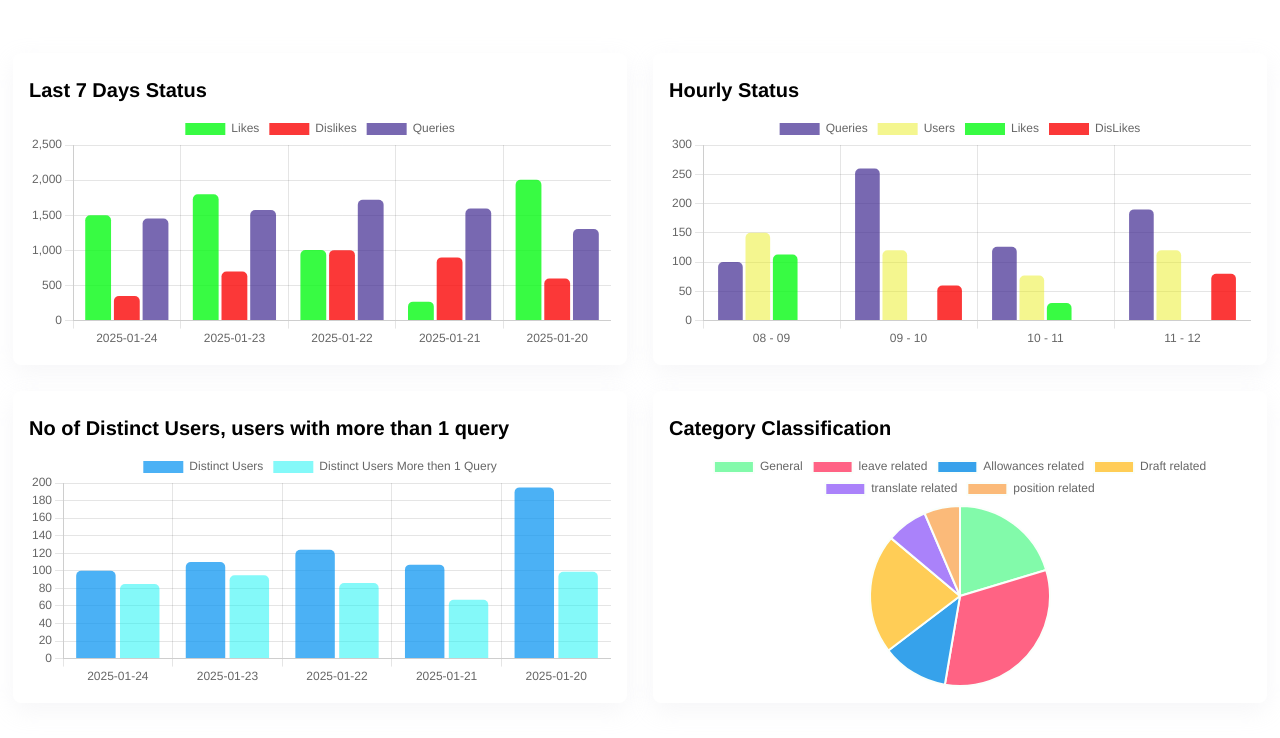
Repository: NAGARAJ-DEVELOPER/Dashboard
Page: /
An editor plug-in stored every save of this project. The page is shown before and after the next save, followed by the edit.
The browser window is 1280 px wide. The pictures show the whole page.
The project was rebuilt for these pictures with package versions that can differ from the ones it lists, and the page was loaded fresh each time. Also part of the build but not shown: vite.config.js.

Above is the page before, as saved 2025-02-14 00:06:38.

After the next save:
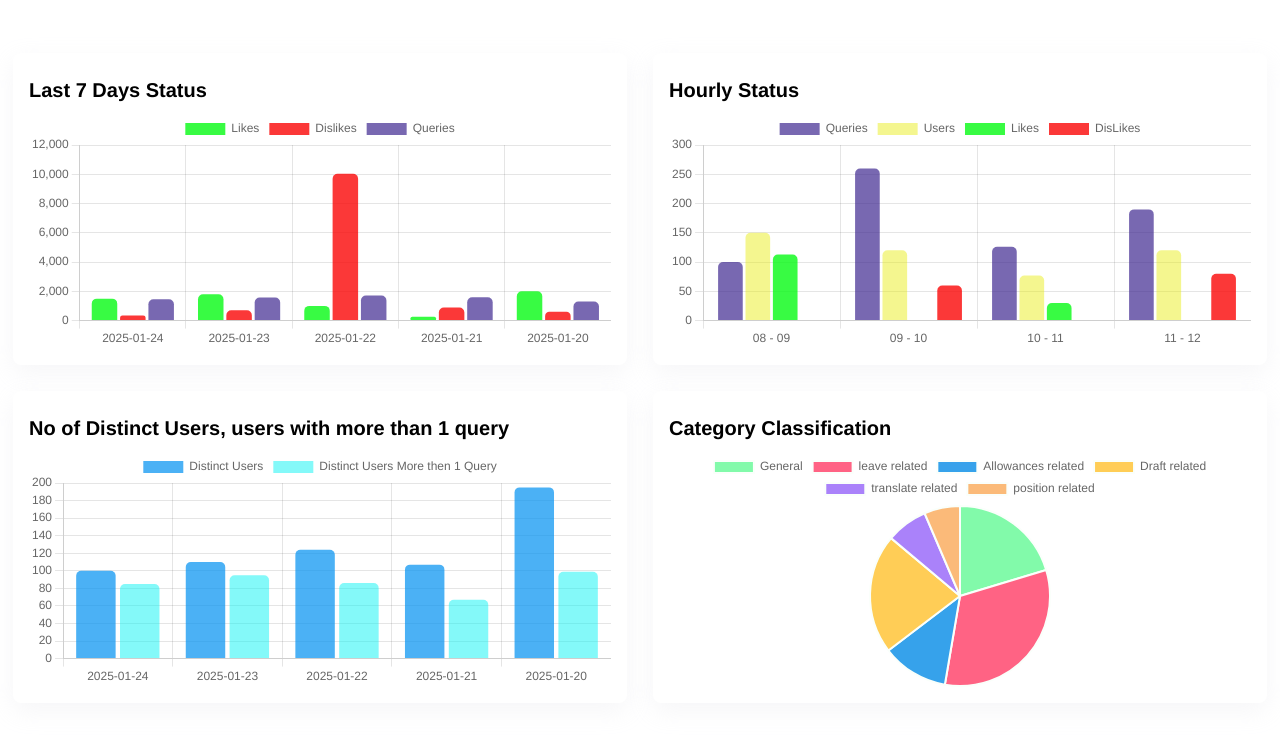
Saved 49 s later.
--- a/public/data/7days.json
+++ b/public/data/7days.json
@@ -1,7 +1,7 @@
 [
     {  "DATE1": "2025-01-24", "number_of_dislikes": 350, "number_of_likes": 1500,  "number_of_ques": 1452 },
     {  "DATE1": "2025-01-23", "number_of_dislikes": 700, "number_of_likes": 1800,  "number_of_ques": 1574 },
-    {  "DATE1": "2025-01-22", "number_of_dislikes": 1003, "number_of_likes": 1005,  "number_of_ques": 1720 },
+    {  "DATE1": "2025-01-22", "number_of_dislikes": 10030, "number_of_likes": 1005,  "number_of_ques": 1720 },
     {  "DATE1": "2025-01-21", "number_of_dislikes": 900, "number_of_likes": 270,  "number_of_ques": 1596 },
     {  "DATE1": "2025-01-20", "number_of_dislikes": 600, "number_of_likes": 2005,  "number_of_ques": 1304 }
   ]

After the save that followed:
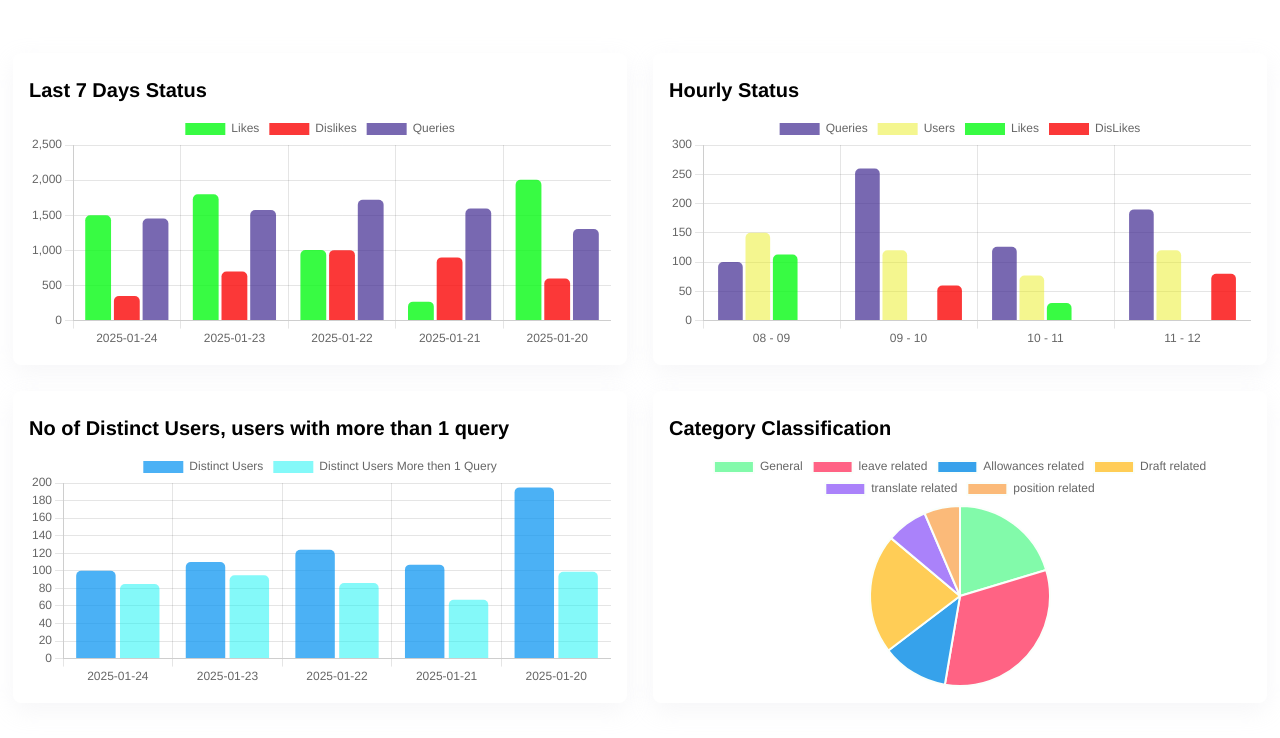
Saved 8 min 11 s later.
--- a/public/data/7days.json
+++ b/public/data/7days.json
@@ -1,7 +1,7 @@
 [
     {  "DATE1": "2025-01-24", "number_of_dislikes": 350, "number_of_likes": 1500,  "number_of_ques": 1452 },
     {  "DATE1": "2025-01-23", "number_of_dislikes": 700, "number_of_likes": 1800,  "number_of_ques": 1574 },
-    {  "DATE1": "2025-01-22", "number_of_dislikes": 10030, "number_of_likes": 1005,  "number_of_ques": 1720 },
+    {  "DATE1": "2025-01-22", "number_of_dislikes": 1003, "number_of_likes": 1005,  "number_of_ques": 1720 },
     {  "DATE1": "2025-01-21", "number_of_dislikes": 900, "number_of_likes": 270,  "number_of_ques": 1596 },
     {  "DATE1": "2025-01-20", "number_of_dislikes": 600, "number_of_likes": 2005,  "number_of_ques": 1304 }
   ]
